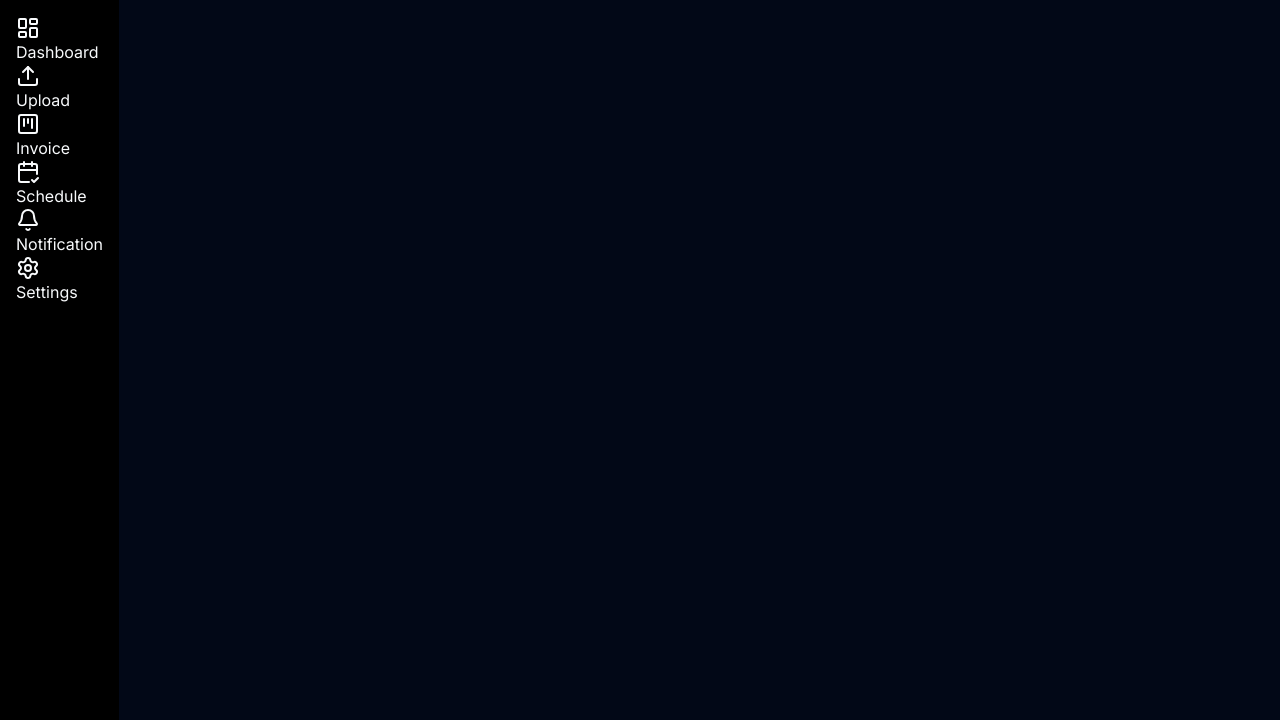
Repository: Hardyy00/openinapp_assignment
Page: /upload
The author's editor kept a copy of each file at every save. The page is drawn from the files as they stood at one save, then again after the next save.
The browser window is 1280 px wide. The pictures show the whole page.
The project was rebuilt for these pictures with package versions that can differ from the ones it lists, and the page was loaded fresh each time. The framework's server and built-in components were replaced by stand-ins that run in the browser. Also part of the build but not shown: next.config.mjs.

Above is the page before, as saved 2024-08-23 21:29:00.

### app/layout.tsx
import type { Metadata } from "next";
import { Inter } from "next/font/google";
import "./globals.css";
import { ThemeProvider } from "@/components/theme-provider";
import { Switcher } from "./_components/switcher";

const inter = Inter({ subsets: ["latin"] });

export const metadata: Metadata = {
  title: "Create Next App",
  description: "Generated by create next app",
};

export default function RootLayout({
  children,
}: Readonly<{
  children: React.ReactNode;
}>) {
  return (
    <html lang="en">
      <body className={inter.className}>
        <ThemeProvider
          attribute="class"
          defaultTheme="system"
          storageKey="base"
        >
          <Switcher />
          {children}
        </ThemeProvider>
      </body>
    </html>
  );
}

### app/(browse)/layout.tsx
import { Sidebar } from "./_components";

export default function Layout({
  children,
}: Readonly<{ children: React.ReactNode }>) {
  return (
    <div className="w-full h-full flex">
      <Sidebar />
    </div>
  );
}

### app/(browse)/upload/page.tsx
import { auth } from "@/auth";

export default async function Page() {
  const session = await auth();
  return <div>{JSON.stringify(session)}</div>;
}

### app/globals.css
@tailwind base;
@tailwind components;
@tailwind utilities;

html,
body,
:root {
  height: 100%;
}

::-webkit-scrollbar {
  display: none;
}

@layer base {
  :root {
    --background: 0 0% 100%;
    --foreground: 222.2 84% 4.9%;
    --card: 0 0% 100%;
    --card-foreground: 222.2 84% 4.9%;
    --popover: 0 0% 100%;
    --popover-foreground: 222.2 84% 4.9%;
    --primary: 222.2 47.4% 11.2%;
    --primary-foreground: 210 40% 98%;
    --secondary: 210 40% 96.1%;
    --secondary-foreground: 222.2 47.4% 11.2%;
    --muted: 210 40% 96.1%;
    --muted-foreground: 215.4 16.3% 46.9%;
    --accent: 210 40% 96.1%;
    --accent-foreground: 222.2 47.4% 11.2%;
    --destructive: 0 84.2% 60.2%;
    --destructive-foreground: 210 40% 98%;
    --border: 214.3 31.8% 91.4%;
    --input: 214.3 31.8% 91.4%;
    --ring: 222.2 84% 4.9%;
    --radius: 0.5rem;
    --chart-1: 12 76% 61%;
    --chart-2: 173 58% 39%;
    --chart-3: 197 37% 24%;
    --chart-4: 43 74% 66%;
    --chart-5: 27 87% 67%;
    --back: 270 8% 95%;
  }

  .dark {
    --background: 222.2 84% 4.9%;
    --foreground: 210 40% 98%;
    --card: 222.2 84% 4.9%;
    --card-foreground: 210 40% 98%;
    --popover: 222.2 84% 4.9%;
    --popover-foreground: 210 40% 98%;
    --primary: 210 40% 98%;
    --primary-foreground: 222.2 47.4% 11.2%;
    --secondary: 217.2 32.6% 17.5%;
    --secondary-foreground: 210 40% 98%;
    --muted: 217.2 32.6% 17.5%;
    --muted-foreground: 215 20.2% 65.1%;
    --accent: 217.2 32.6% 17.5%;
    --accent-foreground: 210 40% 98%;
    --destructive: 0 62.8% 30.6%;
    --destructive-foreground: 210 40% 98%;
    --border: 217.2 32.6% 17.5%;
    --input: 217.2 32.6% 17.5%;
    --ring: 212.7 26.8% 83.9%;
    --chart-1: 220 70% 50%;
    --chart-2: 160 60% 45%;
    --chart-3: 30 80% 55%;
    --chart-4: 280 65% 60%;
    --chart-5: 340 75% 55%;
    --back: 213 20% 30%;
  }
}

@layer base {
  * {
    @apply border-border;
  }
  body {
    @apply bg-background text-foreground;
  }
}

### app/_components/switcher.tsx
"use client";

import { useTheme } from "next-themes";
import { useEffect } from "react";
import { useMediaQuery } from "usehooks-ts";

export const Switcher: React.FC = () => {
  const { setTheme } = useTheme();
  const matches = useMediaQuery("(max-width:1024px)");

  useEffect(() => {
    if (matches) {
      setTheme("light");
    } else {
      setTheme("dark");
    }
  }, [matches, setTheme]);
  return null;
};

### app/(browse)/_components/index.tsx
import { NavList } from "./nav-list";
import { Toggle } from "./toggle";

export const Sidebar: React.FC = () => {
  return (
    <div className="h-full bg-black p-4 transition-all">
      {/* <Toggle /> */}

      <NavList />
    </div>
  );
};

### app/(browse)/_components/nav-list.tsx
import {
  Bell,
  CalendarCheck2,
  LayoutDashboard,
  Settings,
  SquareKanban,
  Upload,
} from "lucide-react";
import { NavItem } from "./nav-item";

export const NavList: React.FC = () => {
  const links = [
    { label: "Dashboard", path: "/dashboard", icon: LayoutDashboard },
    {
      label: "Upload",
      path: "/upload",
      icon: Upload,
    },

    {
      label: "Invoice",
      path: "/invoice",
      icon: SquareKanban,
    },

    { label: "Schedule", path: "/schedule", icon: CalendarCheck2 },

    { label: "Notification", path: "/notification", icon: Bell },

    { label: "Settings", path: "/settings", icon: Settings },
  ];
  return (
    <div>
      {links.map((item, i) => (
        <NavItem key={i} {...item} />
      ))}
    </div>
  );
};

### app/(browse)/_components/nav-item.tsx
"use client";

import { cn } from "@/lib/utils";
import { useSideBar } from "@/store/use-sidebar";
import { LucideIcon } from "lucide-react";
import { usePathname } from "next/navigation";

interface NavItemProps {
  label: string;
  path: string;
  icon: LucideIcon;
}

export const NavItem: React.FC<NavItemProps> = ({
  icon: Icon,
  label,
  path,
}) => {
  const { collapse } = useSideBar();
  const pathName = usePathname();
  const isSame = pathName === path;

  return (
    <div className={cn("w-full")}>
      <Icon />

      <p className={cn("", isSame && "", collapse && "hidden")}>{label}</p>
    </div>
  );
};

### store/use-sidebar.ts
import { create } from "zustand";

interface Sidebar {
  collapse: boolean;

  onExpand: () => void;
  onCollapse: () => void;
}

export const useSideBar = create<Sidebar>((set) => ({
  collapse: false,
  onExpand: () => {
    set((state) => ({ collapse: false }));
  },
  onCollapse: () => {
    set((state) => ({ collapse: true }));
  },
}));

### tailwind.config.ts
import type { Config } from "tailwindcss";

const config = {
  darkMode: ["class"],
  content: [
    "./pages/**/*.{ts,tsx}",
    "./components/**/*.{ts,tsx}",
    "./app/**/*.{ts,tsx}",
    "./src/**/*.{ts,tsx}",
  ],
  prefix: "",
  theme: {
    container: {
      center: true,
      padding: "2rem",
      screens: {
        "2xl": "1400px",
      },
    },
    extend: {
      colors: {
        border: "hsl(var(--border))",
        input: "hsl(var(--input))",
        ring: "hsl(var(--ring))",
        background: "hsl(var(--background))",
        foreground: "hsl(var(--foreground))",
        primary: {
          DEFAULT: "hsl(var(--primary))",
          foreground: "hsl(var(--primary-foreground))",
        },
        secondary: {
          DEFAULT: "hsl(var(--secondary))",
          foreground: "hsl(var(--secondary-foreground))",
        },
        destructive: {
          DEFAULT: "hsl(var(--destructive))",
          foreground: "hsl(var(--destructive-foreground))",
        },
        muted: {
          DEFAULT: "hsl(var(--muted))",
          foreground: "hsl(var(--muted-foreground))",
        },
        accent: {
          DEFAULT: "hsl(var(--accent))",
          foreground: "hsl(var(--accent-foreground))",
        },
        popover: {
          DEFAULT: "hsl(var(--popover))",
          foreground: "hsl(var(--popover-foreground))",
        },
        card: {
          DEFAULT: "hsl(var(--card))",
          foreground: "hsl(var(--card-foreground))",
        },

        back: {
          DEFAULT: "hsl(var(--back))",
        },
      },
      borderRadius: {
        lg: "var(--radius)",
        md: "calc(var(--radius) - 2px)",
        sm: "calc(var(--radius) - 4px)",
      },
      keyframes: {
        "accordion-down": {
          from: { height: "0" },
          to: { height: "var(--radix-accordion-content-height)" },
        },
        "accordion-up": {
          from: { height: "var(--radix-accordion-content-height)" },
          to: { height: "0" },
        },
      },
      animation: {
        "accordion-down": "accordion-down 0.2s ease-out",
        "accordion-up": "accordion-up 0.2s ease-out",
      },
    },
  },
  plugins: [require("tailwindcss-animate")],
} satisfies Config;

export default config;

Loaded but not shown: components/theme-provider.tsx (common file); auth.ts (common file); lib/utils.ts (common file)

After the next save:
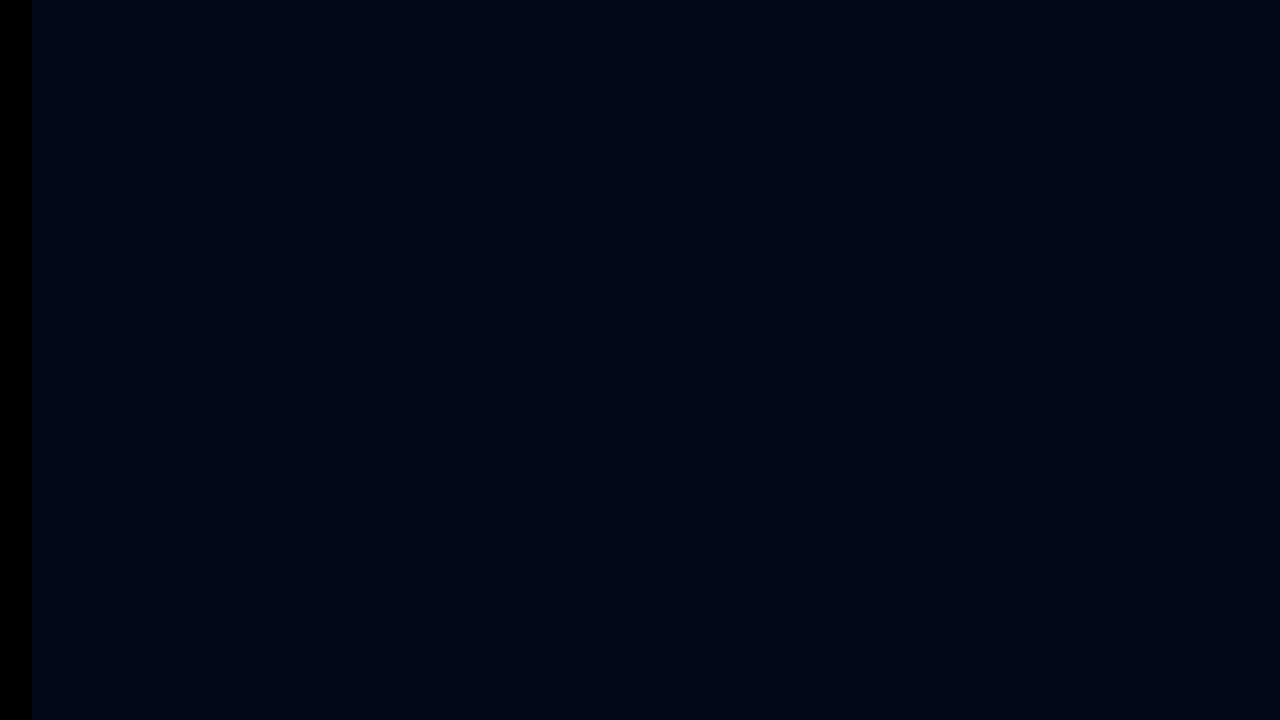
Saved 91 s later.
--- a/app/(browse)/_components/nav-list.tsx
+++ b/app/(browse)/_components/nav-list.tsx
@@ -31,9 +31,9 @@ export const NavList: React.FC = () => {
   ];
   return (
     <div>
-      {links.map((item, i) => (
+      {/* {links.map((item, i) => (
         <NavItem key={i} {...item} />
-      ))}
+      ))} */}
     </div>
   );
 };
